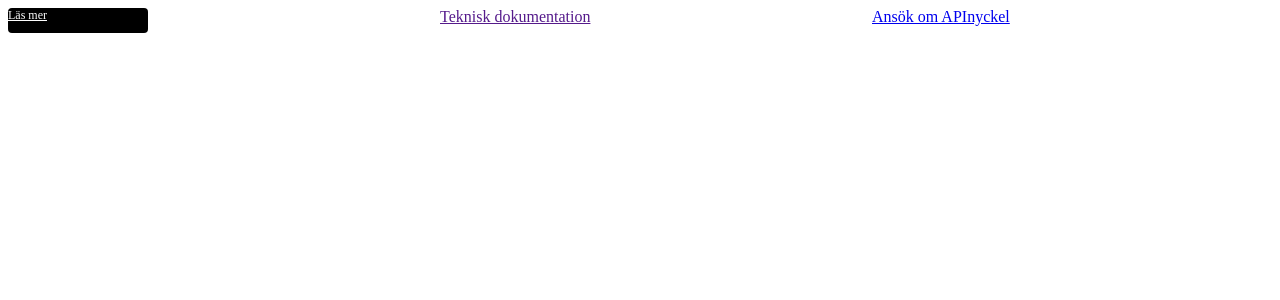
Repository: rudasn/docsy-cms-netlify
Page: layouts/partials/link.html
These files come from the project's save history. The page is drawn as it stood at one moment and after the next save; the edit follows.
The browser window is 1280 px wide. The pictures show the whole page.

Above is the page before, as saved 2021-05-11 12:48:56.

### layouts/partials/link.html

<style>
.button{
background-color: black;
border-radius: 4px;
text-align: start;
max-width: 35%;

padding: 10px
padding-left: 10px;
padding-bottom: 10px;
font-size: 12px;


color: white

}
.bt_text {
color: white;}

.grid-container {
display: grid;
grid-template-columns: repeat(auto-fit, minmax(100px, 1fr ));

grid-gap: 32px;
grid-auto-flow: dense;

}
.link_right{
float: right;

}
/* Single column display for phones */
@media (max-width: 459px) {
    .grid-container {
      display: flex;
      flex-direction: column;
    }

}

</style>

<div class="grid-container p-0 ml-0">

    <a class="button" href="">Läs mer</a>

    <a class="link_right " href="">Teknisk dokumentation</a>

    <a class="link_right" href="https://apirequest.jobtechdev.se/">Ansök om APInyckel</a>

  </div>


<!--

<div >
    <div class="row m-0">
        <div class="column">
            <button class="list_btn">
                <a class ="bt_text"href="">Läs mer</a>
            </button>
        </div>
        <div class="column">
            <a href="">Teknisk dokumentation</a>
        </div>
        <div class="column">
            <a href="">Ansök om en APInyckel</a>
        </div>
    </div>

</div>
-->

After the next save:
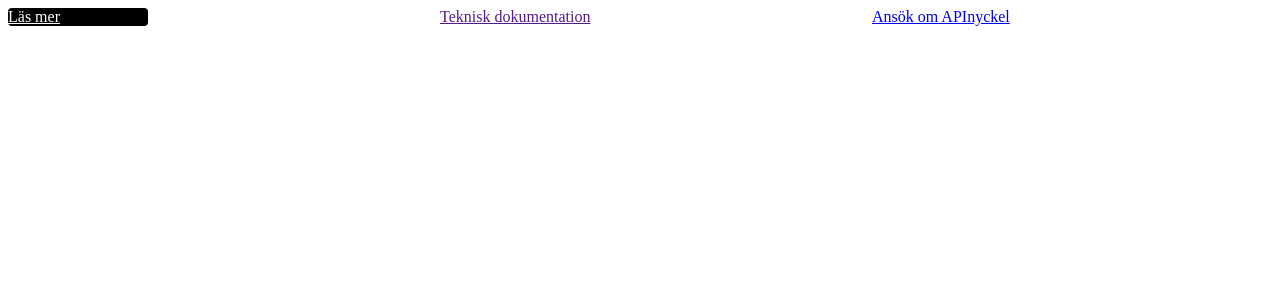
Saved 6 s later.
--- a/layouts/partials/link.html
+++ b/layouts/partials/link.html
@@ -7,8 +7,7 @@ text-align: start;
 max-width: 35%;
 
 padding: 10px
-padding-left: 10px;
-padding-bottom: 10px;
+
 font-size: 12px;
 
 
